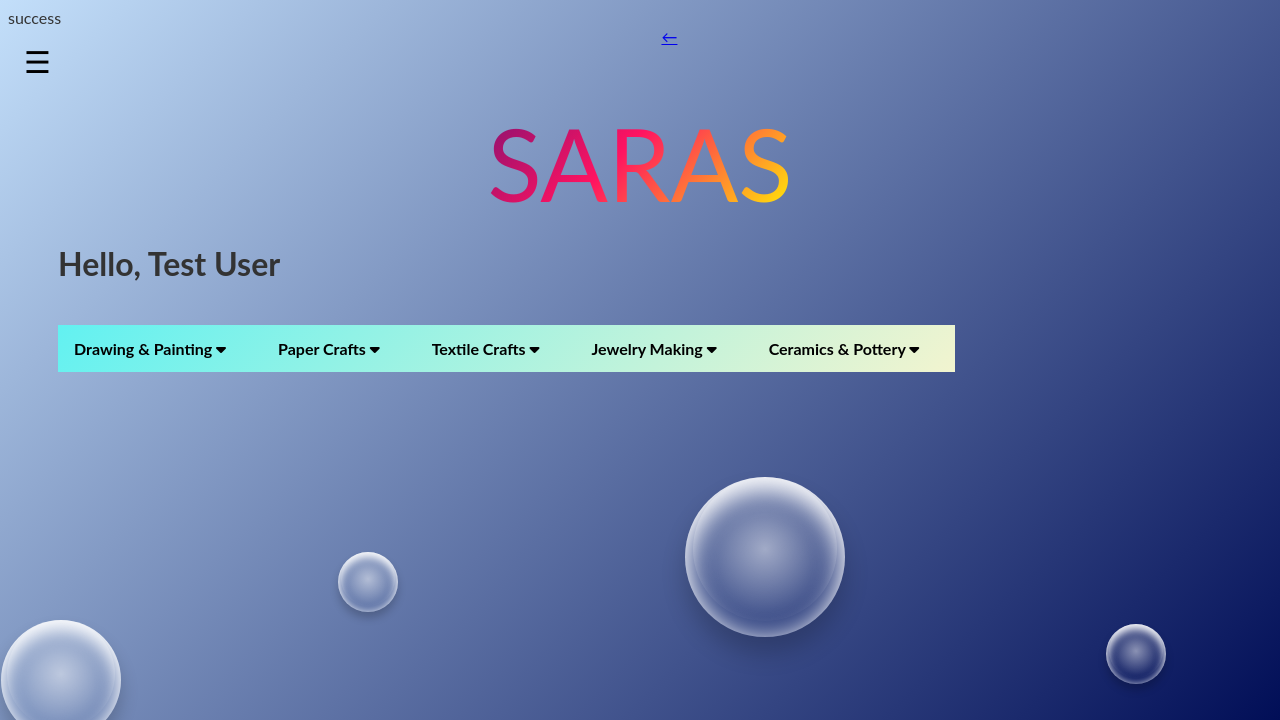
Repository: Muskan-Varma/InnoHeart
Page: http://localhost/pages/main.php
An editor plug-in stored every save of this project. The page is shown before and after a run of saves, followed by the edit.
The browser window is 1280 px wide. The pictures show the whole page.
The page is run by PHP 8.4 with error messages shown; the project is at /var/www/html/. The session is filled in as if someone had signed in: {"username": "testuser", "firstName": "Test User", "lastName": "Test User"}. Other server files are loaded and not shown. Queries for data that is not in the repository find no rows.

Above is the page before, as saved 2024-09-12 19:57:33.

### pages/main.php
<?php
session_start();
if (isset($_SESSION['username'])) {
    include 'dbConnect.php';

    // Fetch all crafts and their associated images
    $sql = "SELECT * FROM craft";
    $result = $conn->query($sql);

    $crafts = [];
    while ($row = $result->fetch_assoc()) {
        $cid = $row['cid'];
        $imageSql = "SELECT image_description FROM images WHERE cid = ?";
        $imgStmt = $conn->prepare($imageSql);
        $imgStmt->bind_param("i", $cid);
        $imgStmt->execute();
        $imgResult = $imgStmt->get_result();
        $images = [];
        while ($imgRow = $imgResult->fetch_assoc()) {
            $images[] = $imgRow['image_description'];
        }
        $row['images'] = $images; // Add images to the current craft row
        $crafts[] = $row; // Store the craft row in the array
        $imgStmt->close();
    }
    $conn->close();
?>


<!DOCTYPE html>
<html lang="en">
  <head>
    <title>Saras</title>
    <meta charset="UTF-8" />
    <meta
      name="viewport"
      content="width=device-width,
                initial-scale=0.1"
    />
    <link href="../css/main.css" rel="stylesheet" />
    <link rel="stylesheet" href="https://cdnjs.cloudflare.com/ajax/libs/font-awesome/6.0.0-beta3/css/all.min.css">

    <script src="https://code.jquery.com/jquery-3.6.0.min.js"></script>
  </head>
  <body>
    <div class="container">
      <section id="navbar">
        <div id="mySidenav" class="sidenav">
          <a href="javascript:void(0)" class="closebtn" onclick="closeNav()"
            >&times;</a>
          <a href="main.php">Home</a>
          <a href="#" onclick="loadPage('about.php')">About Us</a>
          <a href="#" onclick="loadPage('profile.php')">Profile</a>
          <a href="#" onclick="loadPage('favourites.php')">Favourites & Cart</a>
          <a href="#" onclick="loadPage('settings.php')">Settings</a>
          <a href="logout.php">Log Out</a>
        </div>
        <div id="main">
          <span style="font-size: 30px; cursor: pointer" onclick="openNav()"
            >&#9776;</span
          >
        </div>
      </section>
      <center>
        <a href="../index.html" class="back-btn" aria-label="back">
          <ion-icon name="arrow-back-circle-outline">←</ion-icon>
        </a>
        <div class="row">
          <br /><br /><br />
          <label class="animate-charcter">SARAS</label>
        </div>
      </center>
    </div>

    <h1 style="margin-left:50px;">
      Hello,
      <?php echo htmlspecialchars($_SESSION['firstName']); ?>
    </h1>

    <section id="playarea">
      <div class="navbar1">
        <div class="dropdown">
          <button class="dropbtn">
            Drawing & Painting
            <i class="fa fa-caret-down"></i>
          </button>
          <div class="dropdown-content">
            <a href="#">Watercolor Painting</a>
            <a href="#">Acrylic Painting</a>
            <a href="#">Sketching</a>
          </div>
        </div>
        <div class="dropdown">
          <button class="dropbtn">
            Paper Crafts
            <i class="fa fa-caret-down"></i>
          </button>
          <div class="dropdown-content">
            <a href="#">Origami</a>
            <a href="#">Scrapbooking</a>
            <a href="#">Card Making</a>
          </div>
        </div>
        <div class="dropdown">
          <button class="dropbtn">
            Textile Crafts
            <i class="fa fa-caret-down"></i>
          </button>
          <div class="dropdown-content">
            <a href="#">Knitting</a>
            <a href="#">Crocheting</a>
            <a href="#">Embroidery</a>
          </div>
        </div>
        <div class="dropdown">
          <button class="dropbtn">
            Jewelry Making
            <i class="fa fa-caret-down"></i>
          </button>
          <div class="dropdown-content">
            <a href="#">Beading</a>
            <a href="#">Polymer Clay Jewelry</a>
          </div>
        </div>
        <div class="dropdown">
          <button class="dropbtn">
            Ceramics & Pottery
            <i class="fa fa-caret-down"></i>
          </button>
          <div class="dropdown-content">
            <a href="#">Wheel Throwing</a>
            <a href="#">Hand Building</a>
          </div>
        </div>
      </div>

      <section id="content-section">
         <?php foreach ($crafts as $row): ?>
            <div class="card">
                <div class="product-card">
                    <div class="badge"><?php echo htmlspecialchars($row['category']); ?></div>
                    <div class="product-tumb">
                        <?php if (!empty($row['images'])): ?>
                        <div class="image-slider" data-index="<?php echo $row['cid']; ?>">
                            <?php foreach ($row['images'] as $index => $image): ?>
                                <img src="uploads/<?php echo htmlspecialchars($image); ?>" alt="" style="display: <?php echo $index === 0 ? 'block' : 'none'; ?>;">
                            <?php endforeach; ?>
                            <?php if (count($row['images']) > 1): ?>
                                <button class="prev" onclick="changeImage(this, -1)">&#10094;</button>
                                <button class="next" onclick="changeImage(this, 1)">&#10095;</button>
                            <?php endif; ?>
                        </div>
                        <?php endif; ?>
                    </div>
                    <div class="product-details">
                        <span class="product-category">Posted On : <?php echo htmlspecialchars($row['pdate']); ?></span>
                        <h4><a href=""><?php echo htmlspecialchars($row['title']); ?></a></h4>
                        <p><?php echo htmlspecialchars($row['description']); ?></p>
                        <div class="product-bottom-details">
                            <div class="product-price">
                                <?php echo htmlspecialchars($row['price']); ?>
                                <br>
                                <small>In Stock : <?php echo htmlspecialchars($row['quantity']); ?></small>
                            </div>
                            <div class="product-links">
                                <br>
                                <a href="" onclick="showFavourites()"><i class="fa fa-heart"></i></a>
                                <a href="" onclick="share()"><i class="fas fa-share-nodes"></i></a>
                            </div>
                        </div>
                    </div>
                </div>
            </div>
         <?php endforeach; ?>
      </section>
    </section>

    <section>
      <div id="background-wrap">
        <div class="bubble x1"></div>
        <div class="bubble x2"></div>
        <div class="bubble x3"></div>
        <div class="bubble x4"></div>
        <div class="bubble x5"></div>
        <div class="bubble x6"></div>
        <div class="bubble x7"></div>
        <div class="bubble x8"></div>
        <div class="bubble x9"></div>
        <div class="bubble x10"></div>
      </div>
    </section>

    <script type="text/javascript">
      /*Bubble*/
      function createBubble() {
        const section = document.querySelector("Section");
        const createElement = document.createElement("span");
        var size = Math.random() * 60;

        createElement.style.animation = "animation 6s linear infinite";
        createElement.style.width = 180 + size + "px";
        createElement.style.height = 180 + size + "px";
        createElement.style.left = Math.random() * innerWidth + "px";
        section.appendChild(createElement);

        setTimeout(() => {
          createElement.remove();
        }, 4000);
      }
      setInterval(createBubble, 100);

      /* Navbar */
      function openNav() {
        document.getElementById("mySidenav").style.width = "250px";
        document.getElementById("main").style.marginLeft = "250px";
      }

      function closeNav() {
        document.getElementById("mySidenav").style.width = "0";
        document.getElementById("main").style.marginLeft = "0";
      }

      /* load page */
      function loadPage(page) {
        $.ajax({
          url: page,
          type: "GET",
          success: function (data) {
            $("#playarea").html(data);
          },
          error: function () {
            $("#playarea").html("<p>An error has occurred</p>");
          },
        });
      }

      /* Favourites */
      function showFavourites(){

      }
      /* Cart */
      function share(){

      }

      let currentImageIndices = {};

      function changeImage(button, direction) {
          const slider = button.closest('.image-slider');
          const images = slider.querySelectorAll('img');
          const sliderIndex = slider.dataset.index;

          if (!currentImageIndices[sliderIndex]) {
              currentImageIndices[sliderIndex] = 0;
          }

          currentImageIndices[sliderIndex] = (currentImageIndices[sliderIndex] + direction + images.length) % images.length;

          images.forEach((img, index) => {
              img.style.display = (index === currentImageIndices[sliderIndex]) ? 'block' : 'none';
          });
      }
    </script>
  </body>
</html>
<?php
	}
	else{
		header("Location: login.php");
		exit();
	}
?>

### pages/dbConnect.php
<?php

    $servername = "localhost";
    $username = "root";
    $password = "";

    $database = "saras";

     // Create a connection
     $conn = mysqli_connect($servername,
         $username, $password, $database);

    if($conn) {
        echo "success";
    }
    else {
        die("Error". mysqli_connect_error());
    }
?>

Loaded but not shown: css/main.css (496 lines, source omitted)

After the next 2 saves:
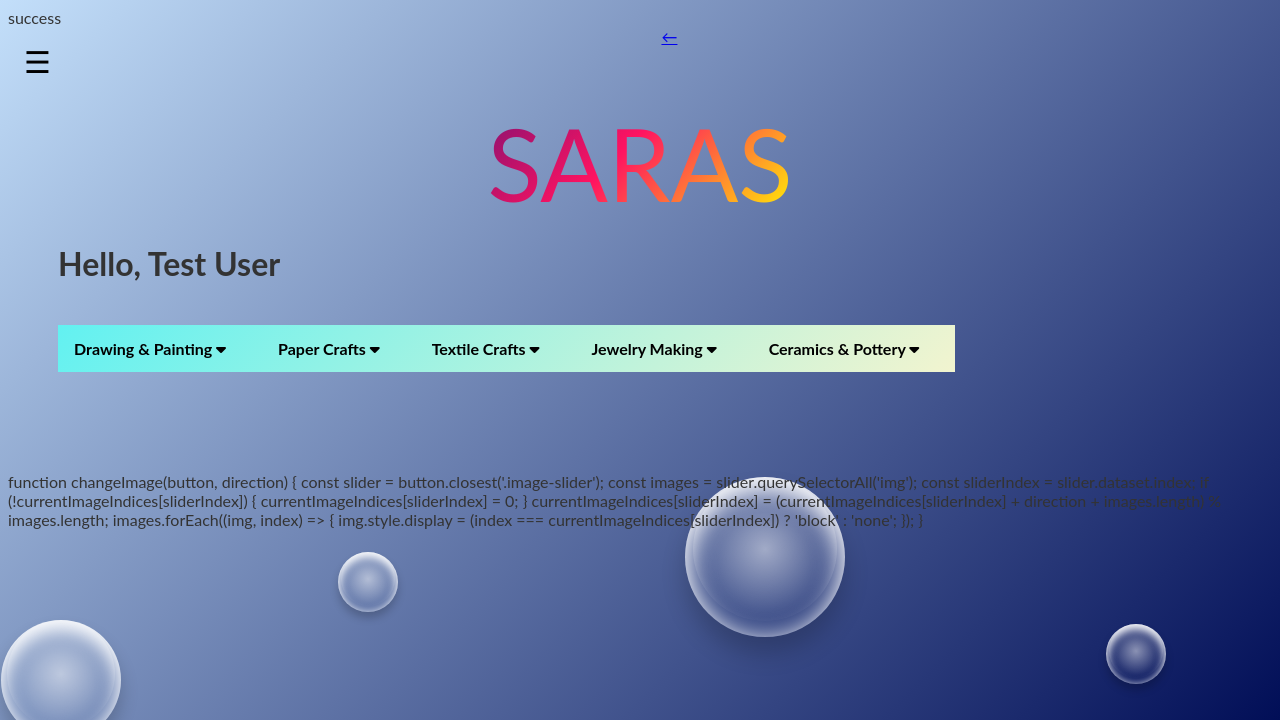
Console error: SyntaxError: Unexpected token '<'
The 2 saves are shown as one change because they came seconds apart.
The last was saved 38 s later.
--- a/pages/main.php
+++ b/pages/main.php
@@ -245,6 +245,26 @@
 
       let currentImageIndices = {};
 
+      <script type="text/javascript">
+        // Your existing JavaScript code
+        let currentImageIndices = {};
+
+        function changeImage(button, direction) {
+            const slider = button.closest('.image-slider');
+            const images = slider.querySelectorAll('img');
+            const sliderIndex = slider.dataset.index;
+
+            if (!currentImageIndices[sliderIndex]) {
+                currentImageIndices[sliderIndex] = 0;
+            }
+
+            currentImageIndices[sliderIndex] = (currentImageIndices[sliderIndex] + direction + images.length) % images.length;
+
+            images.forEach((img, index) => {
+                img.style.display = (index === currentImageIndices[sliderIndex]) ? 'block' : 'none';
+            });
+        }
+    </script>
       function changeImage(button, direction) {
           const slider = button.closest('.image-slider');
           const images = slider.querySelectorAll('img');

After the 5 saves that followed:
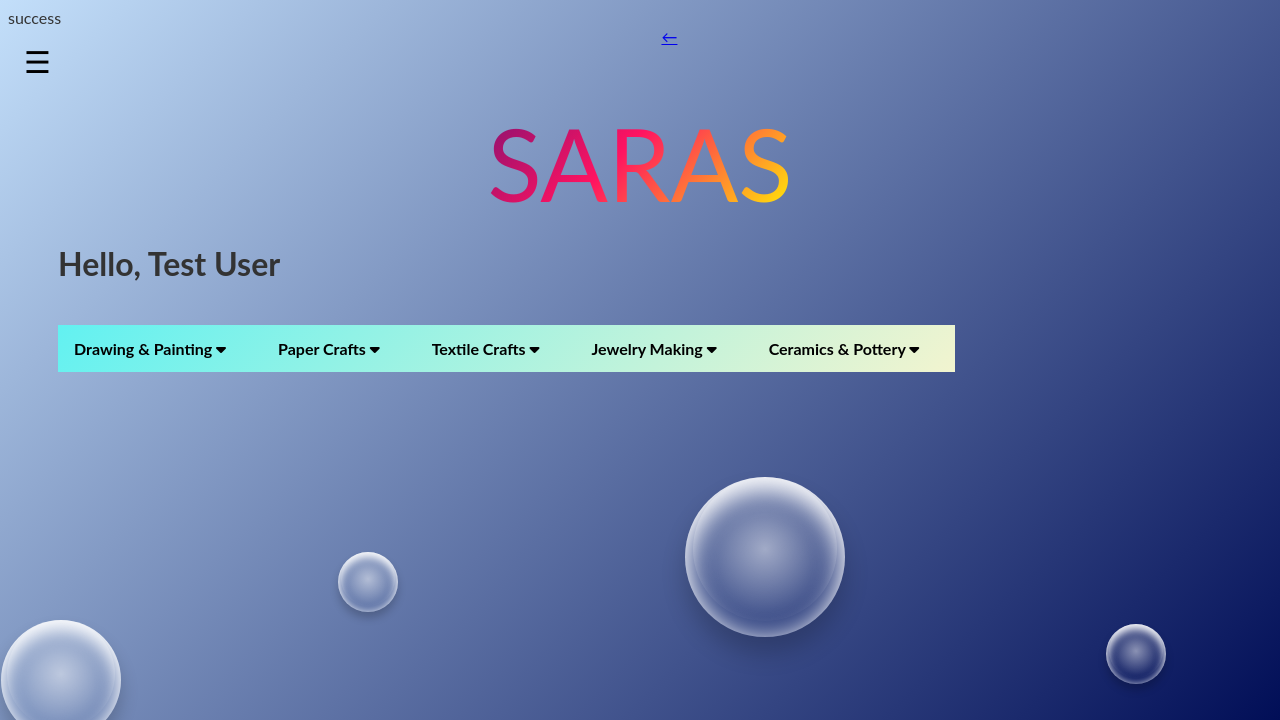
The error is gone.
The 5 saves are shown as one change because 1 left the picture as it was and some came seconds apart.
The last was saved 29 s later.
--- a/pages/main.php
+++ b/pages/main.php
@@ -243,10 +243,6 @@
 
       }
 
-      let currentImageIndices = {};
-
-      <script type="text/javascript">
-        // Your existing JavaScript code
         let currentImageIndices = {};
 
         function changeImage(button, direction) {
@@ -264,22 +260,6 @@
                 img.style.display = (index === currentImageIndices[sliderIndex]) ? 'block' : 'none';
             });
         }
-    </script>
-      function changeImage(button, direction) {
-          const slider = button.closest('.image-slider');
-          const images = slider.querySelectorAll('img');
-          const sliderIndex = slider.dataset.index;
-
-          if (!currentImageIndices[sliderIndex]) {
-              currentImageIndices[sliderIndex] = 0;
-          }
-
-          currentImageIndices[sliderIndex] = (currentImageIndices[sliderIndex] + direction + images.length) % images.length;
-
-          images.forEach((img, index) => {
-              img.style.display = (index === currentImageIndices[sliderIndex]) ? 'block' : 'none';
-          });
-      }
     </script>
   </body>
 </html>
